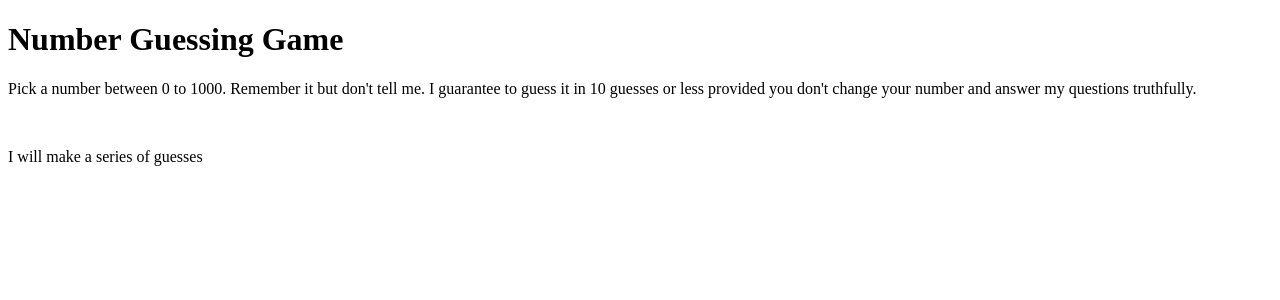
Repository: lerajk/Java-EE
Page: http://localhost/LeeRajGuessingGameWeb/Index.jsp
An editor plug-in stored every save of this project. The page is shown before and after the next save, followed by the edit.
The browser window is 1280 px wide. The pictures show the whole page.
The page is served by Tomcat 9.

Above is the page before, as saved 2017-10-05 00:52:27.

After the next save:
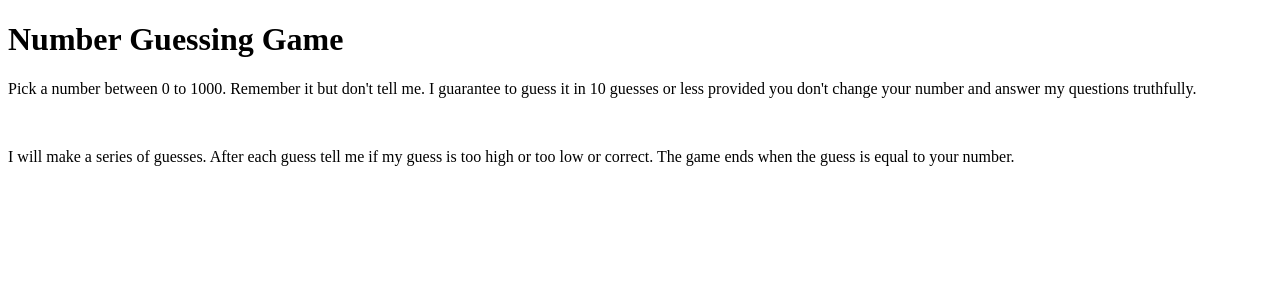
Saved 114 s later.
--- a/Assignment-3-Master/LeeRajGuessingGameWeb/WebContent/Index.jsp
+++ b/Assignment-3-Master/LeeRajGuessingGameWeb/WebContent/Index.jsp
@@ -10,7 +10,9 @@
 <h1>Number Guessing Game</h1>
 <p>Pick a number between 0 to 1000. Remember it but don't tell me. I guarantee to guess it in 10 guesses or less
 provided you don't change your number and answer my questions truthfully.</p> </br>
-<p> I will make a series of guesses</p>
+<p> I will make a series of guesses. After each guess tell me if my guess is too high or too low or correct.
+The game ends when the guess is equal to your number.</p> </br>
+
 
 </body>
 </html>
